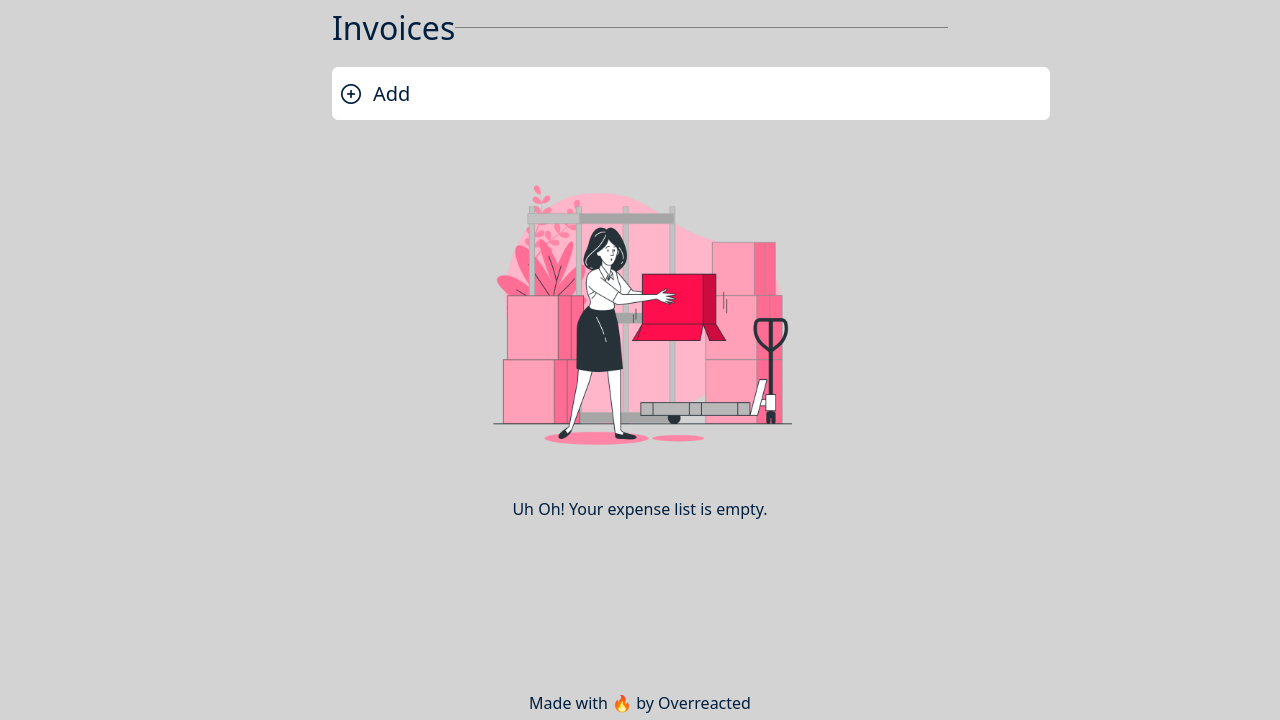
Repository: om1ars/task3
Page: /
An editor plug-in stored every save of this project. The page is shown before and after a run of saves, followed by the edit.
The browser window is 1280 px wide. The pictures show the whole page.
Some web libraries are served in a nearby version. The project was rebuilt for these pictures with package versions that can differ from the ones it lists, and the page was loaded fresh each time. Also part of the build but not shown: src/constants/add-expense.js, src/components/add-form/add-form.css, src/components/add-form/success-modal.css, src/components/add-form/success-modal.js, src/components/add-form/index.js, src/pages/add-expense/add-expense.css, src/pages/add-expense/index.js, src/components/expense-list/card.css and 1 more.

Above is the page before, as saved 2021-12-18 14:45:05.

After the next 2 saves:
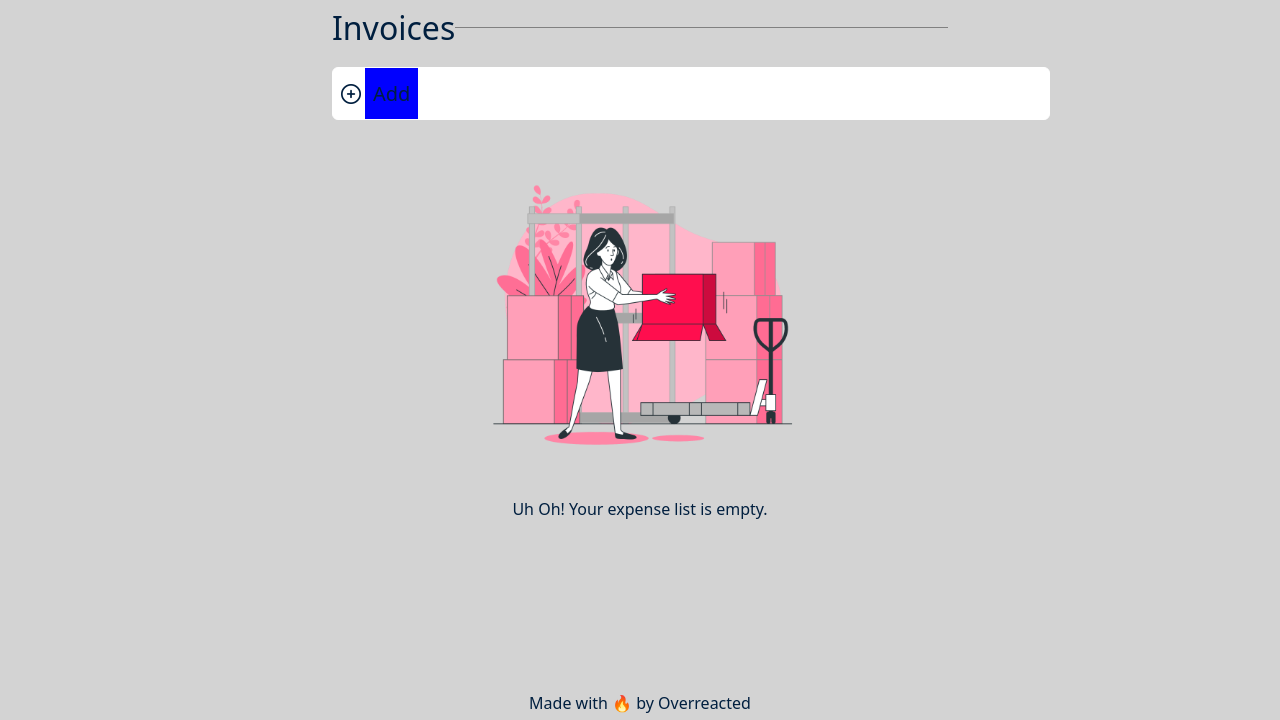
The 2 saves are shown as one change because they came seconds apart.
The last was saved 10 s later.
--- a/src/components/top-fold/index.js
+++ b/src/components/top-fold/index.js
@@ -28,7 +28,7 @@ const TopFold = () => {
               style={{ width: "700px", backgroundColor: "white" }}
             >
               <i class="fi-rr-add"></i>
-              <label style={{ padding: "12px 8px" }}>Add</label>
+              <label style={{ padding: "12px 8px", backgroundColor: 'blue' }}>Add</label>
             </div>
           </Link>
         </div>
